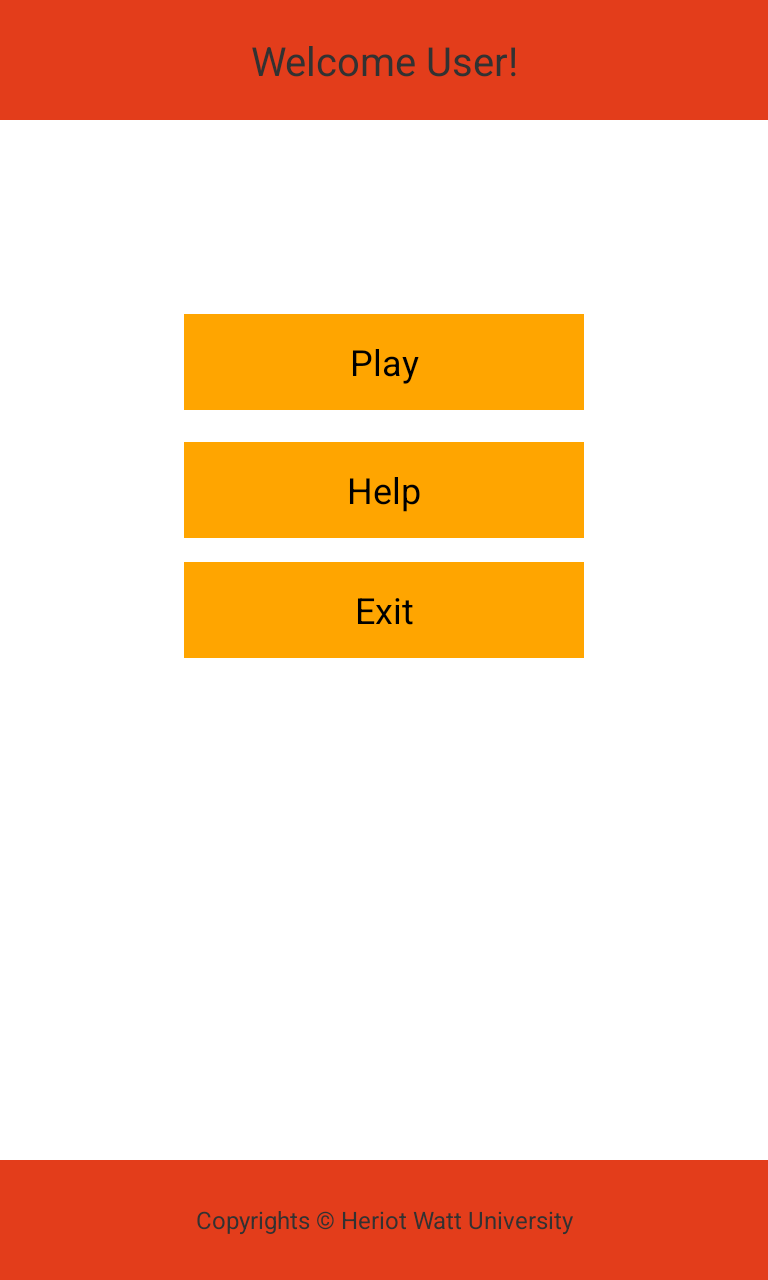
Repository: nidafarooqui/Trading-Game-Version-3
Layout: TaikunServer/res/layout/activity_welcome_screen.xml
These files come from the project's save history. The layout is drawn as it stood at one moment and after the next save; the edit follows.
It is drawn on a 768 x 1280 px phone screen (xhdpi) without system bars, with theme AppTheme; the app's code is not run.

Above is the layout before, as saved 2014-08-17 19:22:50.

### TaikunServer/res/layout/activity_welcome_screen.xml
<RelativeLayout xmlns:android="http://schemas.android.com/apk/res/android"
    xmlns:tools="http://schemas.android.com/tools"
    android:id="@+id/welcome_text"
    android:layout_width="match_parent"
    android:layout_height="match_parent"
    tools:context="${relativePackage}.${activityClass}" >

    <TextView
        android:id="@+id/welcome_textView"
        android:layout_width="match_parent"
        android:layout_height="60dp"
        android:layout_centerHorizontal="true"
        android:background="@color/orrange"
        android:gravity="center_horizontal|center_vertical"
        android:text="Welcome User!"
        android:textSize="20sp" />

    <TextView
        android:id="@+id/textView1"
        android:layout_width="match_parent"
        android:layout_height="60dp"
        android:layout_alignParentBottom="true"
        android:layout_alignParentLeft="true"
        android:background="@color/orrange"
        android:gravity="center_horizontal|center_vertical"
        android:text="Copyrights © Heriot Watt University"
        android:textSize="12sp" />

    <Button
        android:id="@+id/buttonStartGame"
        android:layout_width="200dp"
        android:layout_height="wrap_content"
        android:layout_below="@+id/welcome_textView"
        android:layout_centerHorizontal="true"
        android:layout_marginTop="97dp"
        android:background="@color/orange"
        android:text="Play" />

    <Button
        android:id="@+id/buttonHelp"
        android:layout_width="200dp"
        android:layout_height="wrap_content"
        android:layout_alignLeft="@+id/buttonStartGame"
        android:layout_below="@+id/buttonStartGame"
        android:layout_marginTop="16dp"
        android:background="@color/orange"
        android:text="Help" />

    <Button
        android:id="@+id/buttonExit"
        android:layout_width="200dp"
        android:layout_height="wrap_content"
        android:layout_alignLeft="@+id/buttonHelp"
        android:layout_below="@+id/buttonHelp"
        android:layout_marginTop="12dp"
        android:background="@color/orange"
        android:text="Exit" />

</RelativeLayout>

### TaikunServer/res/values/colours.xml
<?xml version="1.0" encoding="utf-8"?>
<resources>

    <color name="white">#FFFFFF</color>
    <color name="black">#000000</color>
    <color name="symptom_color_selected">#003366</color>
    <color name="reaction_color_selected">#003366</color>
    <color name="static_text_color">#003366</color>
    <color name="journal_entry_listitem_text_color">#003366</color>
    <color name="note_text_disabled">#333333</color>
    <color name="sky">#0099CC</color>
    <color name="lightgray">#e7e7e7</color>
      <color name="lightgray02">#bfbfbf</color>
    <color name="dark">#000015</color>
    <color name="lightgreen">#336666</color>
    <color name="orrange">#e33d1b</color>
    <color name="darkorrange">#cc2303</color>


 <color name="ivory">#FFFFF0</color>
 <color name="lightYellow">#FFFFE0</color>
 <color name="snow">#FFFAFA</color>
 <color name="floralWhite">#FFFAF0</color>
 <color name="lemonChiffon">#FFFACD</color>
 <color name="cornsilk">#FFF8DC</color>
 <color name="seashell">#FFF5EE</color>
 <color name="lavenderBlush">#FFF0F5</color>
 <color name="papayaWhip">#FFEFD5</color>
 <color name="blanchedAlmond">#FFEBCD</color>
 <color name="mistyRose">#FFE4E1</color>
 <color name="bisque">#FFE4C4</color>
 <color name="moccasin">#FFE4B5</color>
 <color name="navajoWhite">#FFDEAD</color>
 <color name="peachPuff">#FFDAB9</color>
 <color name="gold">#FFD700</color>
 <color name="pink">#FFC0CB</color>
 <color name="lightPink">#FFB6C1</color>
 <color name="orange">#FFA500</color>
 <color name="lightSalmon">#FFA07A</color>
 <color name="darkOrange">#FF8C00</color>
 <color name="coral">#FF7F50</color>
 <color name="hotPink">#FF69B4</color>
 <color name="tomato">#FF6347</color>
 <color name="orangeRed">#FF4500</color>
 <color name="deepPink">#FF1493</color>
 <color name="fuchsia">#FF00FF</color>
 <color name="magenta">#FF00FF</color>
 <color name="red">#FF0000</color>
 <color name="oldLace">#FDF5E6</color>
 <color name="lightGoldenrodYellow">#FAFAD2</color>
 <color name="linen">#FAF0E6</color>
 <color name="antiqueWhite">#FAEBD7</color>
 <color name="salmon">#FA8072</color>
 <color name="ghostWhite">#F8F8FF</color>
 <color name="mintCream">#F5FFFA</color>
 <color name="whiteSmoke">#F5F5F5</color>
 <color name="beige">#F5F5DC</color>
 <color name="wheat">#F5DEB3</color>
 <color name="sandyBrown">#F4A460</color>
 <color name="azure">#F0FFFF</color>
 <color name="honeydew">#F0FFF0</color>
 <color name="aliceBlue">#F0F8FF</color>
 <color name="khaki">#F0E68C</color>
 <color name="lightCoral">#F08080</color>
 <color name="paleGoldenrod">#EEE8AA</color>
 <color name="violet">#EE82EE</color>
 <color name="darkSalmon">#E9967A</color>
 <color name="lavender">#E6E6FA</color>
 <color name="lightCyan">#E0FFFF</color>
 <color name="burlyWood">#DEB887</color>
 <color name="plum">#DDA0DD</color>
 <color name="gainsboro">#DCDCDC</color>
 <color name="crimson">#DC143C</color>
 <color name="paleVioletRed">#DB7093</color>
 <color name="goldenrod">#DAA520</color>
 <color name="orchid">#DA70D6</color>
 <color name="thistle">#D8BFD8</color>
 <color name="lightGrey">#D3D3D3</color>
 <color name="tan">#D2B48C</color>
 <color name="chocolate">#D2691E</color>
 <color name="peru">#CD853F</color>
 <color name="indianRed">#CD5C5C</color>
 <color name="mediumVioletRed">#C71585</color>
 <color name="silver">#C0C0C0</color>
 <color name="darkKhaki">#BDB76B</color>
 <color name="rosyBrown">#BC8F8F</color>
 <color name="mediumOrchid">#BA55D3</color>
 <color name="darkGoldenrod">#B8860B</color>
 <color name="fireBrick">#B22222</color>
 <color name="powderBlue">#B0E0E6</color>
 <color name="lightSteelBlue">#B0C4DE</color>
 <color name="paleTurquoise">#AFEEEE</color>
 <color name="greenYellow">#ADFF2F</color>
 <color name="lightBlue">#ADD8E6</color>
 <color name="darkGray">#A9A9A9</color>
 <color name="brown">#A52A2A</color>
 <color name="sienna">#A0522D</color>
 <color name="yellowGreen">#9ACD32</color>
 <color name="darkOrchid">#9932CC</color>
 <color name="paleGreen">#98FB98</color>
 <color name="darkViolet">#9400D3</color>
 <color name="mediumPurple">#9370DB</color>
 <color name="lightGreen">#90EE90</color>
 <color name="darkSeaGreen">#8FBC8F</color>
 <color name="saddleBrown">#8B4513</color>
 <color name="darkMagenta">#8B008B</color>
 <color name="darkRed">#8B0000</color>
 <color name="blueViolet">#8A2BE2</color>
 <color name="lightSkyBlue">#87CEFA</color>
 <color name="skyBlue">#87CEEB</color>
 <color name="gray">#808080</color>
 <color name="olive">#808000</color>
 <color name="purple">#800080</color>
 <color name="maroon">#800000</color>
 <color name="aquamarine">#7FFFD4</color>
 <color name="chartreuse">#7FFF00</color>
 <color name="lawnGreen">#7CFC00</color>
 <color name="mediumSlateBlue">#7B68EE</color>
 <color name="lightSlateGray">#778899</color>
 <color name="slateGray">#708090</color>
 <color name="oliveDrab">#6B8E23</color>
 <color name="slateBlue">#6A5ACD</color>
 <color name="dimGray">#696969</color>
 <color name="mediumAquamarine">#66CDAA</color>
 <color name="cornflowerBlue">#6495ED</color>
 <color name="cadetBlue">#5F9EA0</color>
 <color name="darkOliveGreen">#556B2F</color>
 <color name="indigo">#4B0082</color>
 <color name="mediumTurquoise">#48D1CC</color>
 <color name="darkSlateBlue">#483D8B</color>
 <color name="steelBlue">#4682B4</color>
 <color name="royalBlue">#4169E1</color>
 <color name="turquoise">#40E0D0</color>
 <color name="mediumSeaGreen">#3CB371</color>
 <color name="limeGreen">#32CD32</color>
 <color name="darkSlateGray">#2F4F4F</color>
 <color name="seaGreen">#2E8B57</color>
 <color name="forestGreen">#228B22</color>
 <color name="lightSeaGreen">#20B2AA</color>
 <color name="dodgerBlue">#1E90FF</color>
 <color name="midnightBlue">#191970</color>
 <color name="aqua">#00FFFF</color>
 <color name="cyan">#00FFFF</color>
 <color name="springGreen">#00FF7F</color>
 <color name="lime">#00FF00</color>
 <color name="mediumSpringGreen">#00FA9A</color>
 <color name="darkTurquoise">#00CED1</color>
 <color name="deepSkyBlue">#00BFFF</color>
 <color name="darkCyan">#008B8B</color>
 <color name="teal">#008080</color>
 <color name="green">#008000</color>
 <color name="darkGreen">#006400</color>
 <color name="blue">#0000FF</color>
 <color name="mediumBlue">#0000CD</color>
 <color name="darkBlue">#00008B</color>
 <color name="navy">#000080</color>

</resources>

Loaded but not shown: TaikunServer/res/values/styles.xml (common file); TaikunServer/res/values-v11/styles.xml (common file); TaikunServer/res/values-v14/styles.xml (common file)

After the next save:
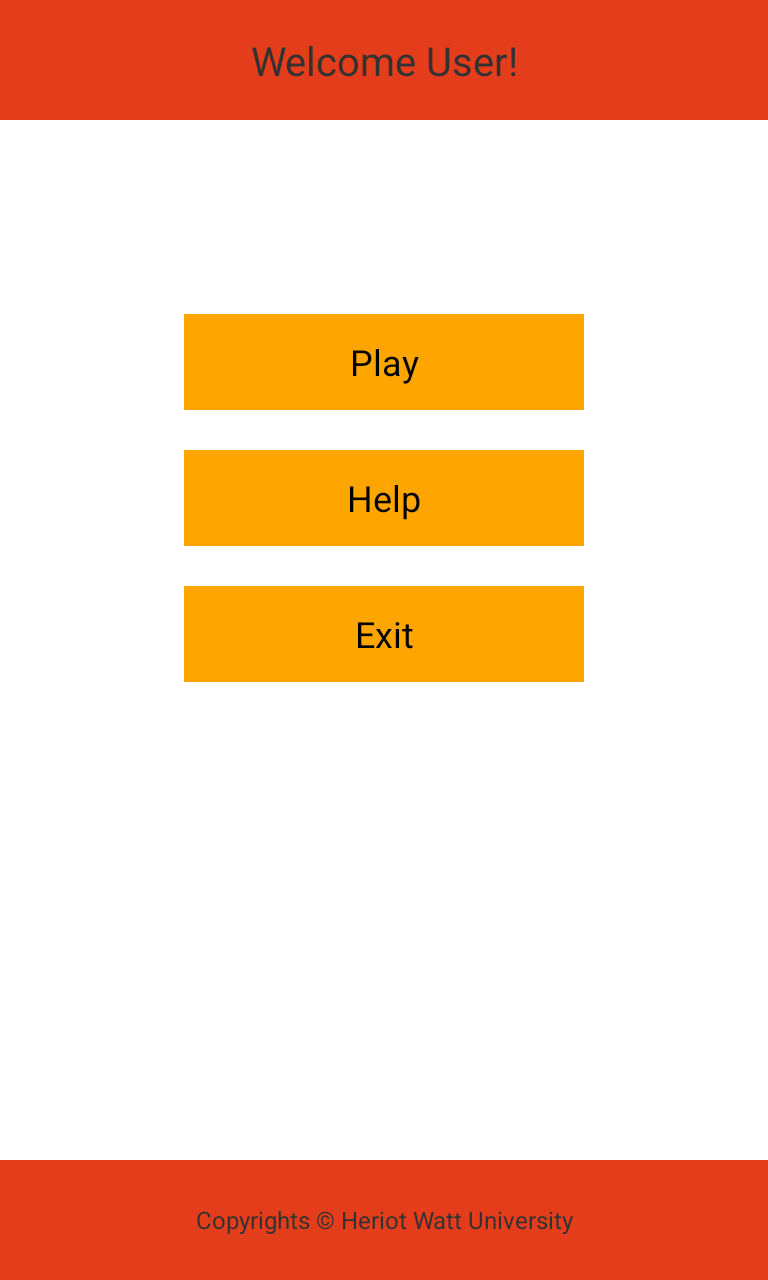
Saved 51 s later.
--- a/TaikunServer/res/layout/activity_welcome_screen.xml
+++ b/TaikunServer/res/layout/activity_welcome_screen.xml
@@ -32,6 +32,7 @@
         android:layout_height="wrap_content"
         android:layout_below="@+id/welcome_textView"
         android:layout_centerHorizontal="true"
+        android:layout_marginBottom="10dp"
         android:layout_marginTop="97dp"
         android:background="@color/orange"
         android:text="Play" />
@@ -42,7 +43,8 @@
         android:layout_height="wrap_content"
         android:layout_alignLeft="@+id/buttonStartGame"
         android:layout_below="@+id/buttonStartGame"
-        android:layout_marginTop="16dp"
+        android:layout_marginBottom="10dp"
+        android:layout_marginTop="10dp"
         android:background="@color/orange"
         android:text="Help" />
 
@@ -52,7 +54,7 @@
         android:layout_height="wrap_content"
         android:layout_alignLeft="@+id/buttonHelp"
         android:layout_below="@+id/buttonHelp"
-        android:layout_marginTop="12dp"
+        android:layout_marginTop="10dp"
         android:background="@color/orange"
         android:text="Exit" />
 
